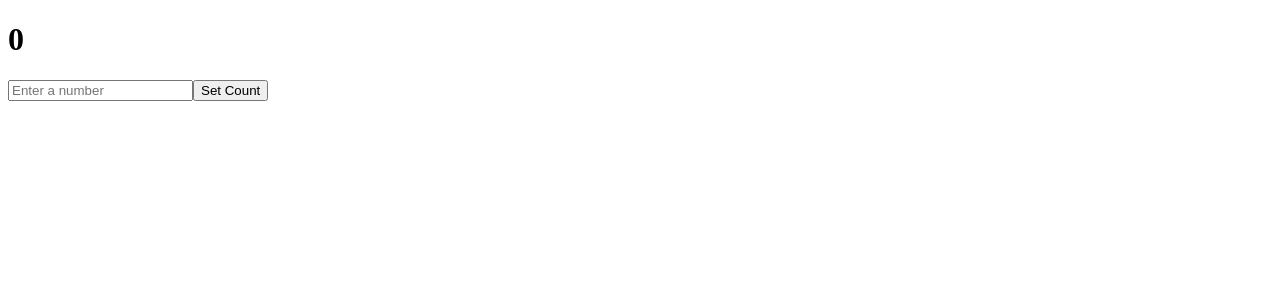
Repository: Sharathguru/React_Project1
Page: /
An editor plug-in stored every save of this project. The page is shown before and after the next save, followed by the edit.
The browser window is 1280 px wide. The pictures show the whole page.
The project was rebuilt for these pictures with package versions that can differ from the ones it lists, and the page was loaded fresh each time. Also part of the build but not shown: vite.config.js.

Above is the page before, as saved 2025-01-17 11:25:17.

### src/main.jsx
import { StrictMode } from 'react'
import { createRoot } from 'react-dom/client'

import App from './App.jsx'


createRoot(document.getElementById('root')).render(

  <App></App>

)

### src/App.jsx
// import React, { useState } from 'react';
// import { createBrowserRouter, RouterProvider } from 'react-router-dom';
// import Home from './Component/Home';
// import Apparel from './Component/NavbarComponent/Apparel';
// import Digital from './Component/NavbarComponent/Digital';
// import Contact from './Component/Contact';
// import Signup from './Component/Main/Signup';
// import LoginPage from './Component/Main/LoginPage';
// import Cart from './Component/NavbarComponent/Cart';

// import './App.css';
// import Terms from './Component/Main/Terms';

// const App = () => {
//   const [cartItems, setCartItems] = useState([]);

//   const router = createBrowserRouter([
//     {
//       path: "/",
//       element: <Signup />,
//       children: [
//         {
//           path: "/terms",
//           element: <Terms />,
//         },
//       ],
//     },
//     {
//       path: "/login",
//       element: <LoginPage />,
//     },
//     {
//       path: "/home",
//       element: <Home />,
//     },
//     {
//       path: "/apparel",
//       element: <Apparel cartItems={cartItems} setCartItems={setCartItems} />,
//     },
//     {
//       path: "/digital",
//       element: <Digital />,
//     },
//     {
//       path: "/cart",
//       element: <Cart cartItems={cartItems} setCartItems={setCartItems} />,
//     },
//     {
//       path: "/contact",
//       element: <Contact />,
//     },
//   ]);

//   return (
//     <div>
//       <RouterProvider router={router} />
//     </div>
//   );
// };

// export default App;



import React, { useRef, useState } from 'react'

const App = () => {
let [state,setstate]=useState(
  {
    count:0
  }
)
let ref1=useRef()
let handle=()=>
{
  setstate({count:ref1.current.value})
}
  return (
    <div>
      <h1>{state.count}</h1>
      <input type="number" ref={ref1} placeholder="Enter a number" />
      <input type="button" value="Set Count" onClick={handle} />
    </div>
  )
}

export default App

Loaded but not shown: index.html (common file)

After the next save:
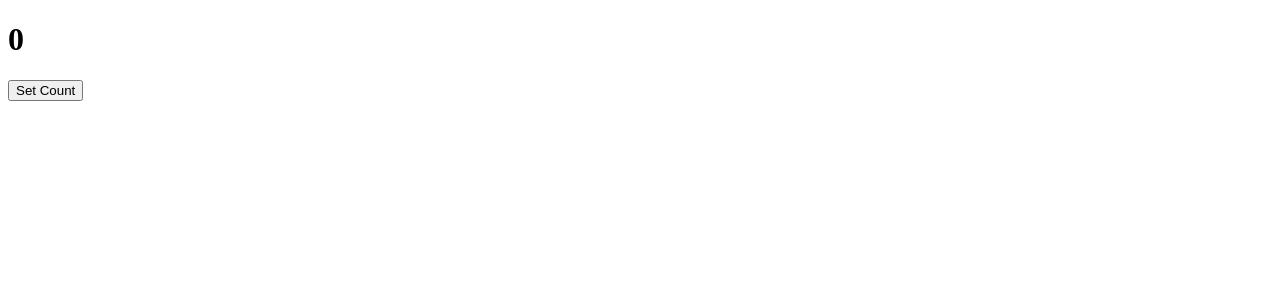
Saved 28 s later.
--- a/src/App.jsx
+++ b/src/App.jsx
@@ -78,7 +78,7 @@ let handle=()=>
   return (
     <div>
       <h1>{state.count}</h1>
-      <input type="number" ref={ref1} placeholder="Enter a number" />
+
       <input type="button" value="Set Count" onClick={handle} />
     </div>
   )
